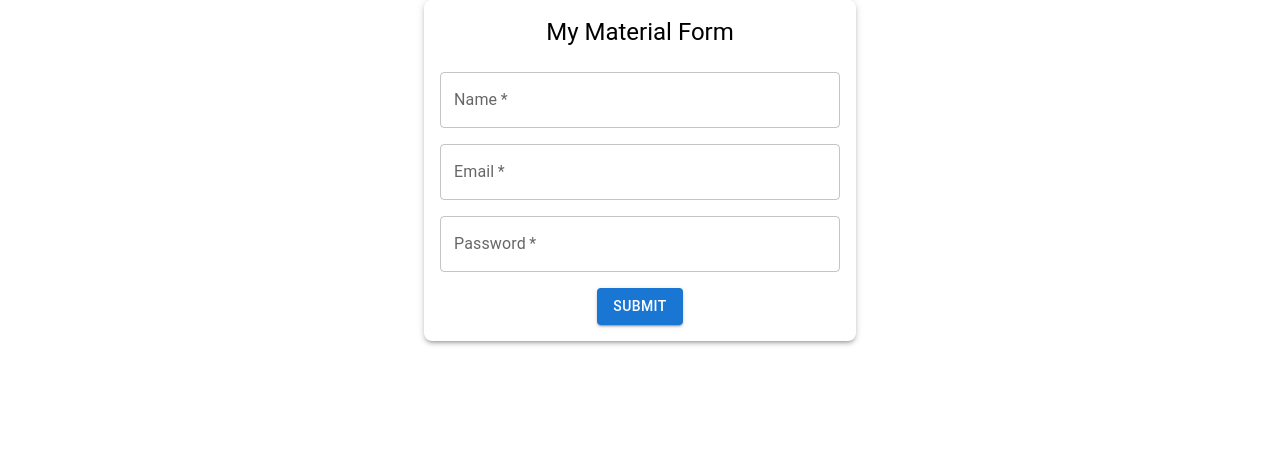
Repository: nicoleabaddd/FormReactJs
Page: /
These files come from the project's save history. The page is drawn as it stood at one moment and after the next save; the edit follows.
The browser window is 1280 px wide. The pictures show the whole page.
The project was rebuilt for these pictures with package versions that can differ from the ones it lists, and the page was loaded fresh each time. Also part of the build but not shown: src/App.css.

Above is the page before, as saved 2024-07-15 00:35:03.

After the next save:
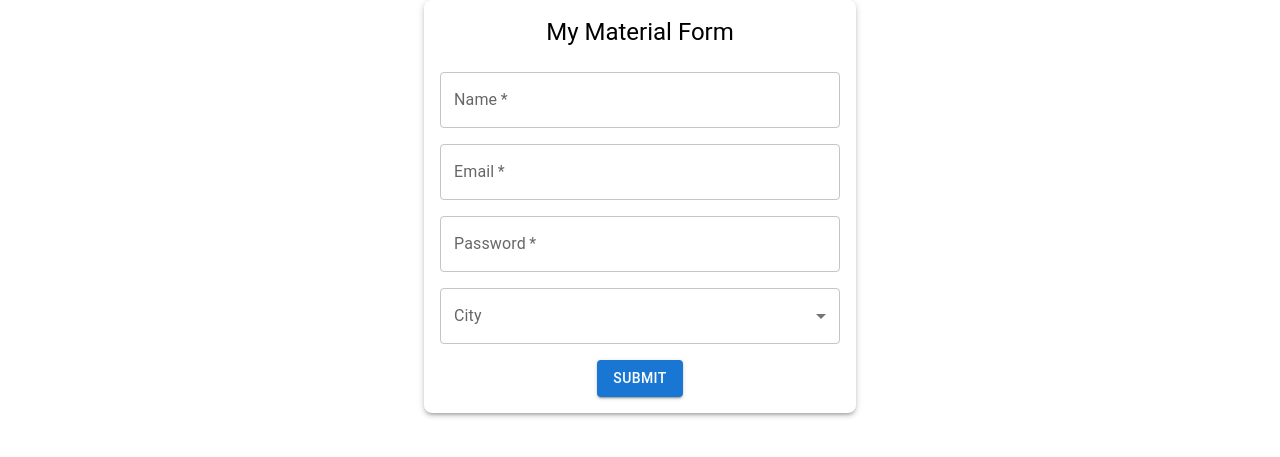
Saved 14 min 9 s later.
--- a/src/components/formulario.jsx
+++ b/src/components/formulario.jsx
@@ -1,12 +1,39 @@
 import React, { useState } from "react";
-import { TextField, Button, Box, Typography, Dialog, DialogActions, DialogContent, DialogContentText, DialogTitle } from "@mui/material";
+import {
+    TextField,
+    Button,
+    Box,
+    Typography,
+    Dialog,
+    DialogActions,
+    DialogContent,
+    DialogContentText,
+    DialogTitle,
+    MenuItem,
+    Select,
+    InputLabel,
+    FormControl
+  } from "@mui/material";
 
+  const cities = [
+    { name: "Quito", value: "Quito" },
+    { name: "Guayaquil", value: "Guayaquil" },
+    { name: "Cuenca", value: "Cuenca" },
+    { name: "Santo Domingo", value: "Santo Domingo" },
+    { name: "Machala", value: "Machala" },
+    { name: "Durán", value: "Durán" },
+    { name: "Manta", value: "Manta" },
+    { name: "Portoviejo", value: "Portoviejo" },
+    { name: "Ambato", value: "Ambato" },
+    { name: "Riobamba", value: "Riobamba" }
+  ];
 
-const Forms = () => {
+  const Forms = () => {
     const [formData, setFormData] = useState({
       name: "",
       email: "",
-      password: ""
+      password: "",
+      city: ""
     });
     const [open, setOpen] = useState(false);
 
@@ -73,14 +100,29 @@ const Forms = () => {
           required
           type="password"
         />
+        <FormControl fullWidth>
+          <InputLabel id="city-label">City</InputLabel>
+          <Select
+            labelId="city-label"
+            name="city"
+            value={formData.city}
+            onChange={handleChange}
+            label="City"
+            fullWidth
+            required
+          >
+            {cities.map((city, index) => (
+              <MenuItem key={index} value={city.value}>
+                {city.name}
+              </MenuItem>
+            ))}
+          </Select>
+        </FormControl>
         <Button variant="contained" color="primary" type="submit">
           Submit
         </Button>
 
-        <Dialog
-          open={open}
-          onClose={handleClose}
-        >
+        <Dialog open={open} onClose={handleClose}>
           <DialogTitle>{"Submission Successful"}</DialogTitle>
           <DialogContent>
             <DialogContentText>
@@ -97,5 +139,4 @@ const Forms = () => {
     );
   };
 
-
 export default Forms;
